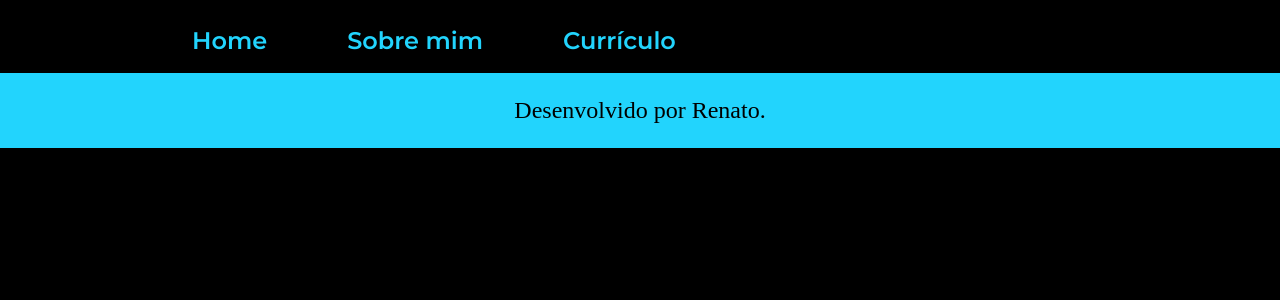
Repository: RenatoCCS/Portfolio_Alura
Page: about.html
These files come from the project's save history. The page is drawn as it stood at one moment and after the next save; the edit follows.
The browser window is 1280 px wide. The pictures show the whole page.

Above is the page before, as saved 2023-03-06 20:36:05.

After the next save:
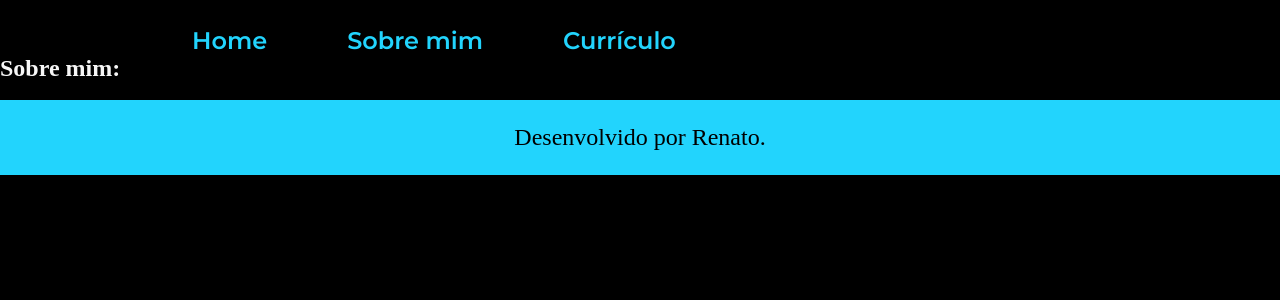
Saved 18 s later.
--- a/about.html
+++ b/about.html
@@ -18,7 +18,9 @@
     </header>
 
     <main>
-      <section></section>
+      <section>
+        <h1>Sobre mim:</h1>
+      </section>
       <img src="" alt="" />
     </main>
 
